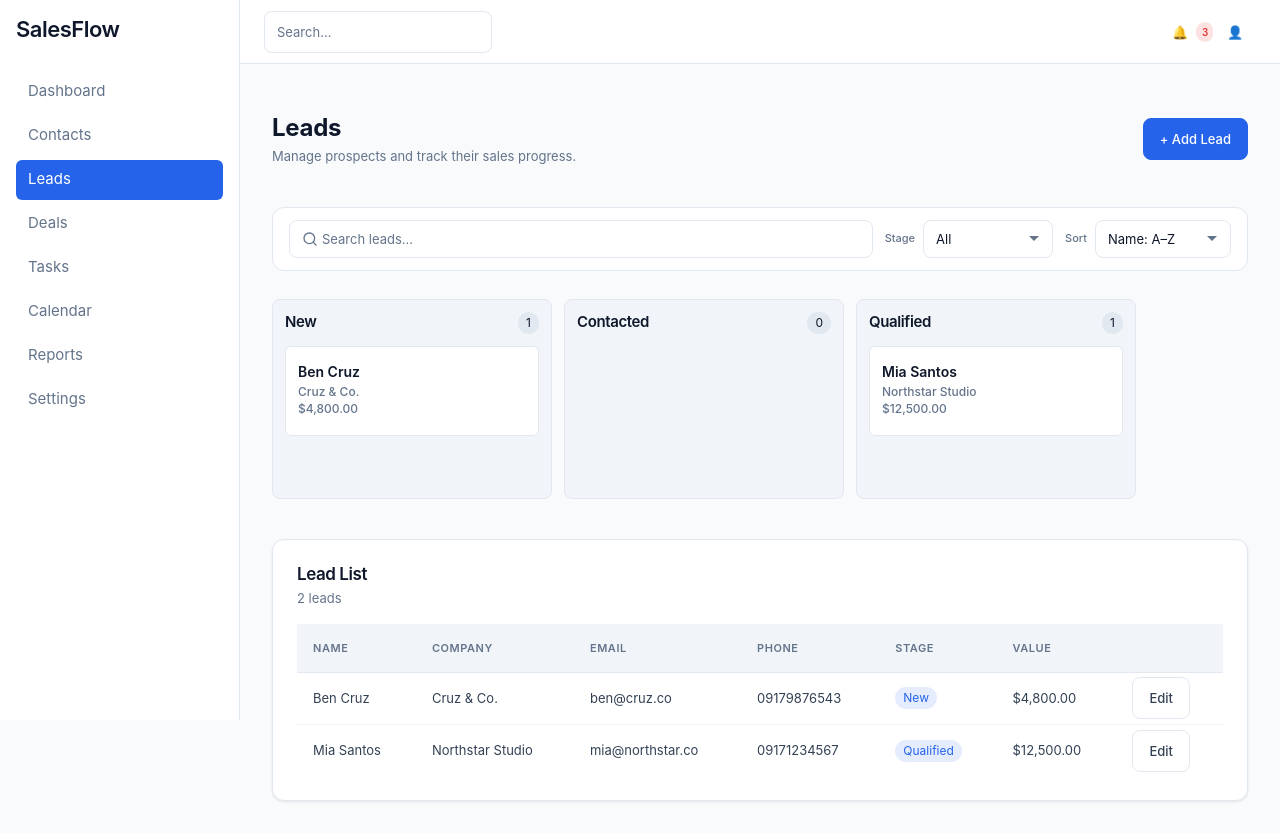
Repository: lawrencegonzaga-dev/salesflow-crm
Page: /leads
An editor plug-in stored every save of this project. The page is shown before and after the next save, followed by the edit.
The browser window is 1280 px wide. The pictures show the whole page.
The project was rebuilt for these pictures with package versions that can differ from the ones it lists, and the page was loaded fresh each time. Also part of the build but not shown: vite.config.js, src/components/StatCard.jsx, src/components/DashboardLeads.jsx, src/components/DashboardDeals.jsx, src/components/DashboardTasks.jsx, src/components/RecentActivity.jsx, src/pages/Dashboard.jsx, src/components/ContactForm.jsx and 22 more.

Above is the page before, as saved 2026-08-18 21:53:19.

### index.html
<!doctype html>
<html lang="en">
  <head>
    <meta charset="UTF-8" />
    <link rel="icon" type="image/svg+xml" href="/favicon.svg" />
    <meta name="viewport" content="width=device-width, initial-scale=1.0" />
    <title>salesflow-crm</title>
  </head>
  <body>
    <div id="root"></div>
    <script type="module" src="/src/main.jsx"></script>
  </body>
</html>

### src/main.jsx
/* ========================================================= */
/* FILE: src/main.jsx */
/* ========================================================= */

import { StrictMode } from 'react';
import { createRoot } from 'react-dom/client';

import "./styles/main.css";
import App from './App.jsx';
import { CRMProvider } from "./context/CRMContext.jsx";

createRoot(document.getElementById('root')).render(
    <StrictMode>
        <CRMProvider>
            <App />
        </CRMProvider>
    </StrictMode>,
);

### src/styles/main.css
@import "./reset.css";
@import "./variables.css";
@import "./base.css";
@import "./layout.css";
@import "./utilities.css";

@import "./components/sidebar.css";
@import "./components/header.css";
@import "./components/toolbar.css";
@import "./components/button.css";
@import "./components/form.css";
@import "./components/card.css";
@import "./components/badge.css";
@import "./components/table.css";
@import "./components/modal.css";
@import "./components/kanban.css";
@import "./components/calendar.css";
@import "./components/leads.css";
@import "./components/tab.css";
@import "./components/pagination.css";
@import "./crm.css";

/* main.css */

### src/App.jsx
/* ========================================================= */
/* FILE: src/App.jsx */
/* ========================================================= */

import { BrowserRouter, Routes, Route } from "react-router-dom";

import Dashboard from "./pages/Dashboard";
import Contacts from "./pages/Contacts";
import Leads from "./pages/Leads";
import Deals from "./pages/Deals";
import Tasks from "./pages/Tasks";
import Calendar from "./pages/Calendar";
import Reports from "./pages/Reports";
import Settings from "./pages/Settings";
import AppLayout from "./layouts/AppLayout";

function App() {
    return (
        <BrowserRouter>
            <Routes>
                <Route element={<AppLayout />}>
                    <Route path="/" element={<Dashboard />} />
                    <Route path="/dashboard" element={<Dashboard />} />
                    <Route path="/contacts" element={<Contacts />} />
                    <Route path="/leads" element={<Leads />} />
                    <Route path="/deals" element={<Deals />} />
                    <Route path="/tasks" element={<Tasks />} />
                    <Route path="/calendar" element={<Calendar />} />
                    <Route path="/reports" element={<Reports />} />
                    <Route path="/settings" element={<Settings />} />
                </Route>
            </Routes>
        </BrowserRouter>
    );
}

export default App;

### src/styles/reset.css
*,
*::before,
*::after {
  box-sizing: border-box;
}

html {
  -webkit-text-size-adjust: 100%;
}

body {
  margin: 0;
  background: var(--color-page);
  color: var(--color-text);
  font-family: var(--font-family);
  font-size: 16px;
  line-height: 1.5;

  -webkit-font-smoothing: antialiased;
  text-rendering: optimizeLegibility;
}

#root {
  min-height: 100vh;
}

h1, h2, h3, h4, h5, h6, p {
  margin: 0;
}

img, svg, video {
  display: block;
  max-width: 100%;
}

a {
  color: inherit;
}

### src/styles/utilities.css
.container {
  width: min(100%, var(--content-max-width));
  margin-inline: auto;
}

.visually-hidden {
  position: absolute;
  width: 1px;
  height: 1px;
  padding: 0;
  margin: -1px;
  overflow: hidden;
  clip: rect(0, 0, 0, 0);
  white-space: nowrap;
  border: 0;
}

### src/styles/components/sidebar.css
.app-sidebar {
  width: var(--sidebar-width);
  height: 100vh;

  padding: var(--sidebar-padding);

  display: flex;
  flex-direction: column;

  background: var(--color-surface);
  border-right: 1px solid var(--color-border);
  color: var(--color-text);
}

.app-sidebar h2 {
  margin: 0 0 28px;
  font-size: 22px;
  letter-spacing: -.5px;
}

.sidebar-nav {
  display: flex;
  flex-direction: column;
  gap: 4px;

  overflow-y: auto;
}

.sidebar-nav_item {
  min-height: var(--nav-item-height);

  display: flex;
  align-items: center;

  padding: var(--nav-item-padding);
  gap: var(--nav-item-gap);

  color: var(--color-text-muted);
  text-decoration: none;
  border-radius: var(--radius-sm);

  transition: background var(--transition-fast), color var(--transition-fast);
}

.sidebar-nav_item:hover {
  background: var(--color-surface-muted);
  color: var(--color-text);
}

.sidebar-nav_item.active {
  background: var(--color-action);
  color: white;
}

### src/styles/components/header.css
.app-header {
  height: var(--header-height);

  display: flex;
  align-items: center;
  justify-content: space-between;

  padding: var(--header-padding);

  background: var(--color-surface);
  border-bottom: 1px solid var(--color-border);
  color: var(--color-text);
}

.app-header_left,
.app-header_right {
  display: flex;
  align-items: center;
  gap: var(--header-item-gap);
}

.menu-button {
  display: none;
}

@media (max-width: 768px) {
  .app-header {
    padding: 0 16px;
  }

  .app-header_right {
    display: none;
  }

  .menu-button {
    display: inline-grid;
    width: 40px;
    height: 40px;
    place-items: center;
    padding: 0;
    font-size: 20px;
    border-radius: var(--radius-sm);
  }
}
/* header.css */

### src/styles/components/toolbar.css
/* ========================================================= */
/* FILE: src/styles/components/toolbar.css */
/* ========================================================= */

.toolbar {
  display: flex;
  flex-wrap: wrap;
  align-items: center;
  gap: var(--space-3);
  padding: var(--space-3) var(--space-4);
  background: var(--color-surface);
  border: 1px solid var(--color-border);
  border-radius: var(--radius-lg);
}

.toolbar .search-field {
  flex: 1 1 260px;
  min-width: 160px;
}

.toolbar .search-field input {
  min-height: 38px;
  height: 38px;
  padding-left: var(--space-8);
  background-image: url("data:[embedded picture, 278 characters]");
  background-repeat: no-repeat;
  background-position: var(--space-3) center;
  background-size: 16px;
}

.toolbar .filter-group {
  display: flex;
  align-items: center;
  gap: var(--space-2);
}

.toolbar .filter-group label {
  font-size: var(--text-xs);
  font-weight: var(--font-weight-medium);
  color: var(--color-text-muted);
  white-space: nowrap;
}

.toolbar select {
  min-height: 38px;
  height: 38px;
  min-width: 130px;
}

/* ================================
   TOOLBAR VARIANTS
   ================================ */

.toolbar--compact {
  padding: var(--space-2) var(--space-3);
  gap: var(--space-2);
}

.toolbar--compact select {
  min-height: 34px;
  height: 34px;
  min-width: 110px;
  font-size: var(--text-xs);
}

.toolbar--compact .search-field input {
  min-height: 34px;
  height: 34px;
  font-size: var(--text-xs);
}

/* ================================
   PAGE TOOLBAR
   ================================ */

.page-toolbar {
  display: flex;
  align-items: center;
  justify-content: space-between;
  gap: var(--space-4);
  flex-wrap: wrap;
}

.page-toolbar-left,
.page-toolbar-right {
  display: flex;
  align-items: center;
  gap: var(--space-3);
  flex-wrap: wrap;
}

/* ================================
   RESPONSIVE
   ================================ */

@media (max-width: 768px) {
  .toolbar {
    flex-direction: column;
    align-items: stretch;
  }

  .toolbar .search-field {
    flex: 1 1 auto;
    min-width: auto;
  }

  .toolbar .filter-group {
    flex-wrap: wrap;
  }

  .toolbar select {
    flex: 1 1 auto;
    min-width: auto;
  }

  .page-toolbar {
    flex-direction: column;
    align-items: stretch;
  }

  .page-toolbar-left,
  .page-toolbar-right {
    flex-wrap: wrap;
  }
}

/* toolbar.css */

### src/styles/components/badge.css
/* ========================================================= */
/* FILE: src/styles/components/badge.css */
/* ========================================================= */

.badge {
  display: inline-flex;
  align-items: center;
  gap: var(--space-1);
  min-height: 24px;
  padding: 0 var(--space-2-5);
  font-size: var(--text-xs);
  font-weight: var(--font-weight-medium);
  line-height: 1;
  border-radius: var(--radius-full);
  white-space: nowrap;
  transition: all var(--transition-fast);
}

/* ================================
   BADGE VARIANTS
   ================================ */

.badge--primary {
  color: var(--color-action);
  background: var(--color-action-light);
}

.badge--success {
  color: var(--color-success);
  background: var(--color-success-light);
}

.badge--warning {
  color: var(--color-warning);
  background: var(--color-warning-light);
}

.badge--danger {
  color: var(--color-danger);
  background: var(--color-danger-light);
}

.badge--info {
  color: var(--color-info);
  background: var(--color-info-light);
}

.badge--neutral {
  color: var(--color-text-muted);
  background: var(--color-surface-muted);
}

.badge--dark {
  color: var(--color-text-inverse);
  background: var(--color-text);
}

/* ================================
   BADGE SIZES
   ================================ */

.badge--sm {
  min-height: 20px;
  padding: 0 var(--space-1-5);
  font-size: 10px;
}

.badge--lg {
  min-height: 28px;
  padding: 0 var(--space-3-5);
  font-size: var(--text-sm);
}

/* ================================
   DOT BADGE
   ================================ */

.badge--dot {
  padding-left: var(--space-1-5);
}

.badge--dot::before {
  content: "";
  display: inline-block;
  width: 6px;
  height: 6px;
  border-radius: 50%;
  margin-right: var(--space-1);
}

.badge--primary.badge--dot::before {
  background: var(--color-action);
}

.badge--success.badge--dot::before {
  background: var(--color-success);
}

.badge--warning.badge--dot::before {
  background: var(--color-warning);
}

.badge--danger.badge--dot::before {
  background: var(--color-danger);
}

/* ================================
   BADGE WITH COUNT
   ================================ */

.badge--count {
  min-width: 24px;
  justify-content: center;
  padding: 0 var(--space-1-5);
  border-radius: var(--radius-full);
  font-size: var(--text-xs);
  font-weight: var(--font-weight-bold);
}

/* badge.css */

### src/styles/components/calendar.css
.calendar {
  width: 100%;
  min-width: 700px;
  border: 1px solid var(--color-border);
  border-radius: var(--radius-md);
  overflow: hidden;
}

.calendar_header {
  min-height: 48px;
  display: grid;
  grid-template-columns: repeat(7, 1fr);

  border: 1px solid var(--color-border);
}

.calendar_day-name {
  min-height: 48px;

  display: flex;
  align-items: center;
  justify-content: center;

  padding-inline: 8px;

  font-size: 12px;
  font-weight: 600;
  color: var(--color-text-muted);
}

.calendar_grid {
  display: grid;
  grid-template-columns: repeat(7, 1fr);
}

.calendar_day {
  min-height: 100px;
  padding: 8px;

  border-right: 1px solid var(--color-border);
  border-left: 1px solid var(--color-border);
  border-bottom: 1px solid var(--color-border);

  transition: background var(--transition-fast);
}

.calendar_day:hover {
  background: var(--color-surface-muted);
}

.calendar_date {
  font-size: 14px;
}

.calendar-toolbar {
  display: flex;
  align-items: center;
  justify-content: space-between;
  gap: 16px;
}

.calendar-toolbar__actions {
  display: flex;
  flex-wrap: wrap;
  align-items: center;
  gap: 8px;
}

.calendar-month {
  min-width: 150px;
  text-align: center;
}

.calendar_day--outside {
  background: var(--color-surface-muted);
  color: var(--color-text-muted);
}

.calendar_day--today .calendar_date {
  display: inline-grid;
  width: 24px;
  height: 24px;
  place-items: center;
  color: #fff;
  background: var(--color-action);
  border-radius: 50%;
}

.calendar_day-events {
  display: grid;
  gap: 4px;
  margin-top: 7px;
}

.calendar-event {
  display: flex;
  overflow: hidden;
  align-items: center;
  border-radius: 4px;
  font-size: 11px;
}

.calendar-event__title {
  flex: 1;
  min-width: 0;
  height: auto;
  padding: 3px 5px;
  overflow: hidden;
  text-align: left;
  text-overflow: ellipsis;
  white-space: nowrap;
  border: 0;
  border-radius: 0;
}

.calendar-event__delete {
  min-height: 20px;
  padding: 0 4px;
  border: 0;
  border-radius: 0;
}

.calendar-event__delete:hover {
  color: var(--color-danger);
}

.calendar-event--task {
  background: color-mix(in srgb, var(--color-action) 20%, white);
}

.calendar-event--deal {
  background: color-mix(in srgb, var(--color-success) 20%, white);
}

.calendar-event--event {
  background: color-mix(in srgb, #a855f7 20%, white);
}

@media (max-width: 768px) {
  .calendar-toolbar {
    align-items: flex-start;
    flex-direction: column;
  }

  .calendar {
    overflow-x: auto;
  }
}

### src/styles/components/leads.css
.lead-pipeline {
  display: grid;
  grid-template-columns: repeat(3, 280px);
  gap: 12px;
  overflow-x: auto;
  padding: 4px 0 16px;
}

.lead-pipeline__stage {
  min-width: 190px;
  background: var(--color-surface-muted);
  border: 1px solid var(--color-border);
  border-radius: var(--radius-md);
  padding: 12px;
   min-height: 200px;
}

.lead-pipeline__stage header {
  display: flex;
  align-items: center;
  justify-content: space-between;
}

.lead-pipeline__stage h2 {
  font-size: 15px;
  margin: 0;
}

.lead-pipeline__stage header span {
  border-radius: var(--radius-full);
  background: var(--color-border);
  padding: 2px 8px;
  font-size: 12px;
}

.lead-pipeline__items {
  display: grid;
  gap: 8px;
  margin-top: 12px;
}

.lead-pipeline__card {
  display: block;
  width: 100%;
  text-align: left;
  padding: 12px;
  min-height: 90px;
  background: var(--color-surface);
  border: 1px solid var(--color-border);
  border-radius: var(--radius-sm);
  cursor: pointer;
  color: inherit;
  transition: border-color var(--transition-fast);
}

.lead-pipeline__card:hover,
.lead-pipeline__card:focus-visible {
  border-color: var(--color-action);
  outline: none;
}

.lead-pipeline__card h3 {
  margin: 0 0 4px;
  font-size: 14px;
}

.lead-pipeline__card p {
  font-size: 12px;
  margin: 2px 0;
  color: var(--color-text-muted);
}

.lead-table-wrap {
  overflow-x: auto;
}

.lead-table__empty {
  padding: 32px;
  text-align: center;
  color: var(--color-text-muted);
}

.lead-stage {
  display: inline-block;
  border-radius: var(--radius-full);
  background: color-mix(in srgb, var(--color-action) 12%, transparent);
  color: var(--color-action);
  padding: 2px 8px;
  font-size: 12px;
}
/* leads.css */

### src/styles/components/tab.css
.tabs {
    display: flex;
    gap: 24px;
    border-bottom: 1px solid var(--color-border);
    margin-bottom: 24px;
}

.tab {
    position: relative;

    padding: 12px 4px;

    border: 0;
    background: transparent;

    color: var(--color-text-muted);
    font: inherit;
    font-weight: 500;

    cursor: pointer;
}

.tab--active {
    color: var(--color-text);
}

.tab--active::after {
    content: "";

    position: absolute;
    left: 0;
    right: 0;
    bottom: -1px;

    height: 2px;

    background: currentColor;
}

.tab-count {
    margin-left: 8px;
    font-size: 0.875rem;
}

### src/styles/components/pagination.css
.pagination {
    display: flex;
    align-items: center;
    justify-content: space-between;

    padding: 16px 0 0;
    margin-top: 16px;

    border-top: 1px solid var(--color-border);
}

.pagination-pages {
    display: flex;
    gap: 4px;
}

.pagination-page {
    min-width: 36px;
    height: 36px;

    border: 1px solid var(--color-border);
    border-radius: var(--radius-md);

    background: transparent;

    cursor: pointer;
}

.pagination-page--active {
    background: var(--color-primary);
    color: white;
}

.pagination button:disabled {
    opacity: 0.5;
    cursor: not-allowed;
}

### src/layouts/AppLayout.jsx
/* ========================================================= */
/* FILE: src/layouts/AppLayout.jsx */
/* ========================================================= */

import { useState } from "react";
import { Outlet } from "react-router-dom";

import Sidebar from "../components/Sidebar";
import Header from "../components/Header";

function AppLayout() {
    const [isNavigationOpen, setIsNavigationOpen] = useState(false);

    return (
        <div className="app-layout">
            <Sidebar
                isOpen={isNavigationOpen}
                onNavigate={() => setIsNavigationOpen(false)}
            />

            <Header
                isNavigationOpen={isNavigationOpen}
                onMenuToggle={() => setIsNavigationOpen((isOpen) => !isOpen)}
            />

            <main className="app-main">
                <div className="app-main-content">
                    <Outlet />
                </div>
            </main>

            {isNavigationOpen && (
                <button
                    className="navigation-backdrop"
                    type="button"
                    aria-label="Close navigation"
                    onClick={() => setIsNavigationOpen(false)}
                />
            )}
        </div>
    );
}

export default AppLayout;

### src/components/LeadTable.jsx
import LeadRow from "./LeadRow";

function LeadTable({ leads, onDeleteLead, onEditLead }) {
    return <div className="lead-table-wrap"><table className="table"><thead><tr><th>Name</th><th>Company</th><th>Email</th><th>Phone</th><th>Stage</th><th>Value</th><th aria-label="Actions" /></tr></thead><tbody>{leads.length ? leads.map((lead) => <LeadRow key={lead.id} lead={lead} onDeleteLead={onDeleteLead} onEditLead={onEditLead} />) : <tr><td className="lead-table__empty" colSpan="7">No leads match your search or filter.</td></tr>}</tbody></table></div>;
}

export default LeadTable;

### src/components/LeadPipeline.jsx
const stages = ["New", "Contacted", "Qualified"];

function LeadPipeline({ leads, onEditLead }) {
  return (
    <div className="lead-pipeline">
      {stages.map((stage) => {
        const stageLeads = leads.filter((lead) => lead.stage === stage);

        return (
          <section className="lead-pipeline__stage" key={stage}>
            <header>
              <h2>{stage}</h2>
              <span>{stageLeads.length}</span>
            </header>

            <div className="lead-pipeline__items">
              {stageLeads.map((lead) => (
                <button
                  type="button"
                  className="lead-pipeline__card"
                  key={lead.id}
                  onClick={() => onEditLead(lead)}
                  title={`Edit ${lead.name}`}
                >
                  <h3>{lead.name}</h3>
                  <p>{lead.company}</p>
                  <p>
                    {Number(lead.value || 0).toLocaleString(undefined, {
                      style: "currency",
                      currency: "USD",
                    })}
                  </p>
                </button>
              ))}
            </div>
          </section>
        );
      })}
    </div>
  );
}

export default LeadPipeline;

### src/components/Sidebar.jsx
import { NavLink } from "react-router-dom";
import navigation from "../data/navigation";

function Sidebar({ isOpen, onNavigate }) {
    return (
        <aside className={`app-sidebar ${isOpen ? "app-sidebar--open" : ""}`}>
            <h2>SalesFlow</h2>

            <nav className="sidebar-nav">
                {navigation.map((item) => (
                    <NavLink
                        key={item.path}
                        to={item.path}
                        className="sidebar-nav_item"
                        onClick={onNavigate}
                    >
                        {item.label}
                    </NavLink>
                ))}
            </nav>
        </aside>
    );
}

export default Sidebar;

### src/components/Header.jsx
/* ========================================================= */
/* FILE: src/components/Header.jsx */
/* ========================================================= */

import { useState } from "react";

function Header({ isNavigationOpen, onMenuToggle }) {
    const [searchQuery, setSearchQuery] = useState("");

    return (
        <header className="app-header">
            <div className="app-header-left">
                <button
                    className="menu-button"
                    type="button"
                    aria-label="Toggle navigation"
                    aria-expanded={isNavigationOpen}
                    onClick={onMenuToggle}
                >
                    ☰
                </button>

                <div className="header-search">
                    <input
                        type="text"
                        placeholder="Search..."
                        value={searchQuery}
                        onChange={(e) => setSearchQuery(e.target.value)}
                        className="header-search-input"
                    />
                </div>
            </div>

            <div className="app-header-right">
                <button className="button button--ghost button--icon" aria-label="Notifications">
                    🔔
                    <span className="badge badge--danger badge--sm">3</span>
                </button>
                <button className="button button--ghost button--icon" aria-label="Profile">
                    👤
                </button>
            </div>
        </header>
    );
}

export default Header;

### src/components/LeadRow.jsx
function LeadRow({ lead, onDeleteLead, onEditLead }) {
    const value = Number(lead.value || 0).toLocaleString(undefined, {
        style: "currency",
        currency: "USD",
    });

    return (
        <tr>
            <td>{lead.name}</td>
            <td>{lead.company}</td>
            <td>{lead.email}</td>
            <td>{lead.phone || "—"}</td>
            <td>
                <span className="lead-stage">
                    {lead.stage}
                </span>
            </td>
            <td>{value}</td>
            <td>
                <button
                    type="button"
                    onClick={() => onEditLead(lead)}
                >
                    Edit
                </button>

                {/* <button
                    type="button"
                    onClick={() => onDeleteLead(lead.id)}
                >
                    Delete
                </button> */}
            </td>
        </tr>
    );
}

export default LeadRow;

Loaded but not shown: src/data/navigation.js (48 lines, source omitted); src/context/CRMContext.jsx (453 lines, source omitted); src/styles/crm.css (441 lines, source omitted); src/styles/variables.css (230 lines, source omitted); src/pages/Leads.jsx (161 lines, source omitted); src/styles/components/modal.css (221 lines, source omitted); src/styles/components/form.css (194 lines, source omitted); src/styles/layout.css (206 lines, source omitted); src/styles/components/button.css (158 lines, source omitted); src/styles/components/table.css (162 lines, source omitted); src/styles/base.css (167 lines, source omitted); src/styles/components/card.css (154 lines, source omitted); src/styles/components/kanban.css (161 lines, source omitted)

After the next save:
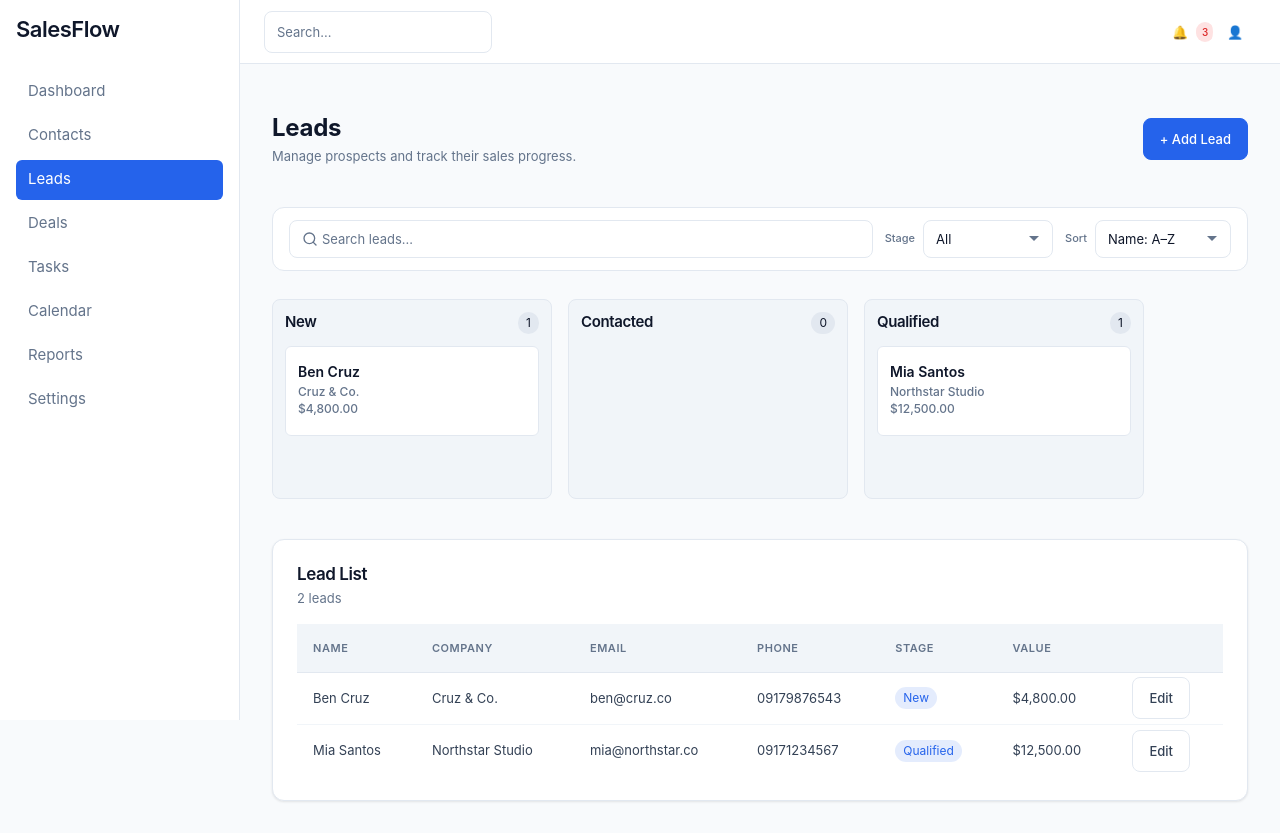
Saved 21 s later.
--- a/src/styles/components/leads.css
+++ b/src/styles/components/leads.css
@@ -1,7 +1,7 @@
 .lead-pipeline {
   display: grid;
   grid-template-columns: repeat(3, 280px);
-  gap: 12px;
+  gap: 16px;
   overflow-x: auto;
   padding: 4px 0 16px;
 }
